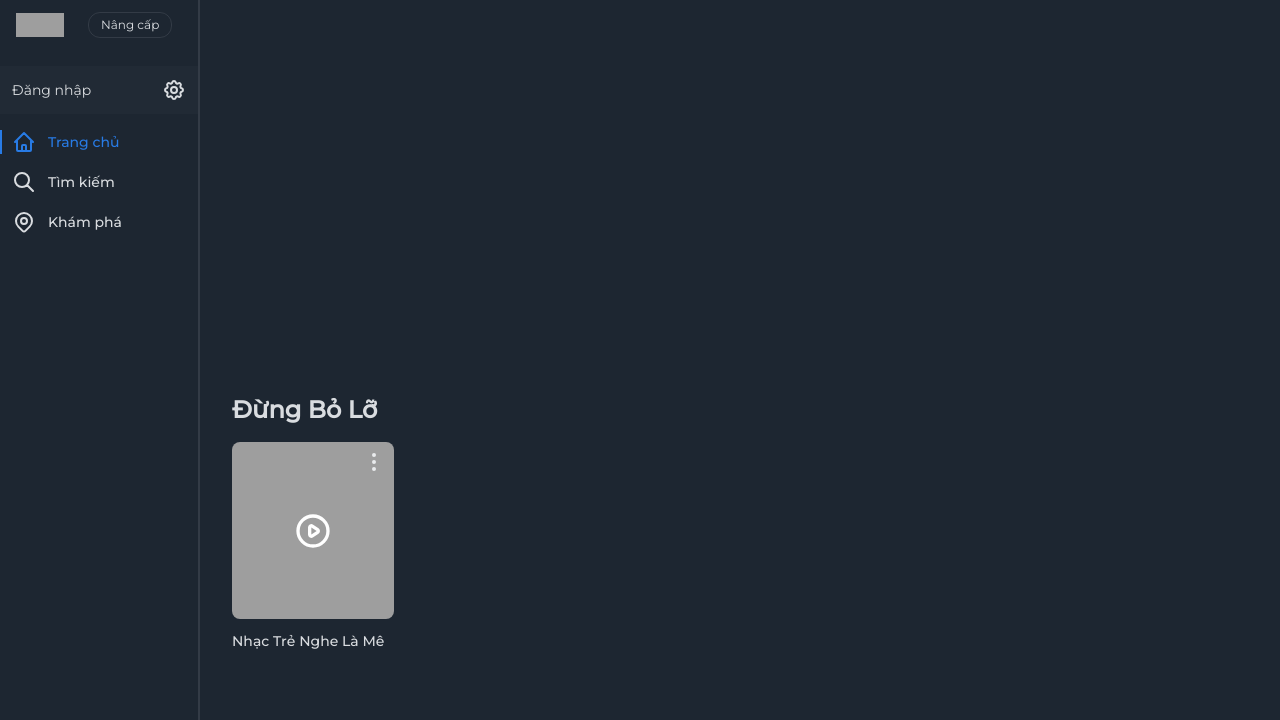
Repository: hoang0508/React-TypeScript-MP3
Page: /
These files come from the project's save history. The page is drawn as it stood at one moment and after the next save; the edit follows.
The browser window is 1280 px wide. The pictures show the whole page.
Pictures or frames that could not be fetched are drawn as grey boxes. The project was rebuilt for these pictures with package versions that can differ from the ones it lists, and the page was loaded fresh each time. Also part of the build but not shown: src/components/icon/IconDownLoad.tsx.

Above is the page before, as saved 2022-07-30 10:40:14.

After the next save:
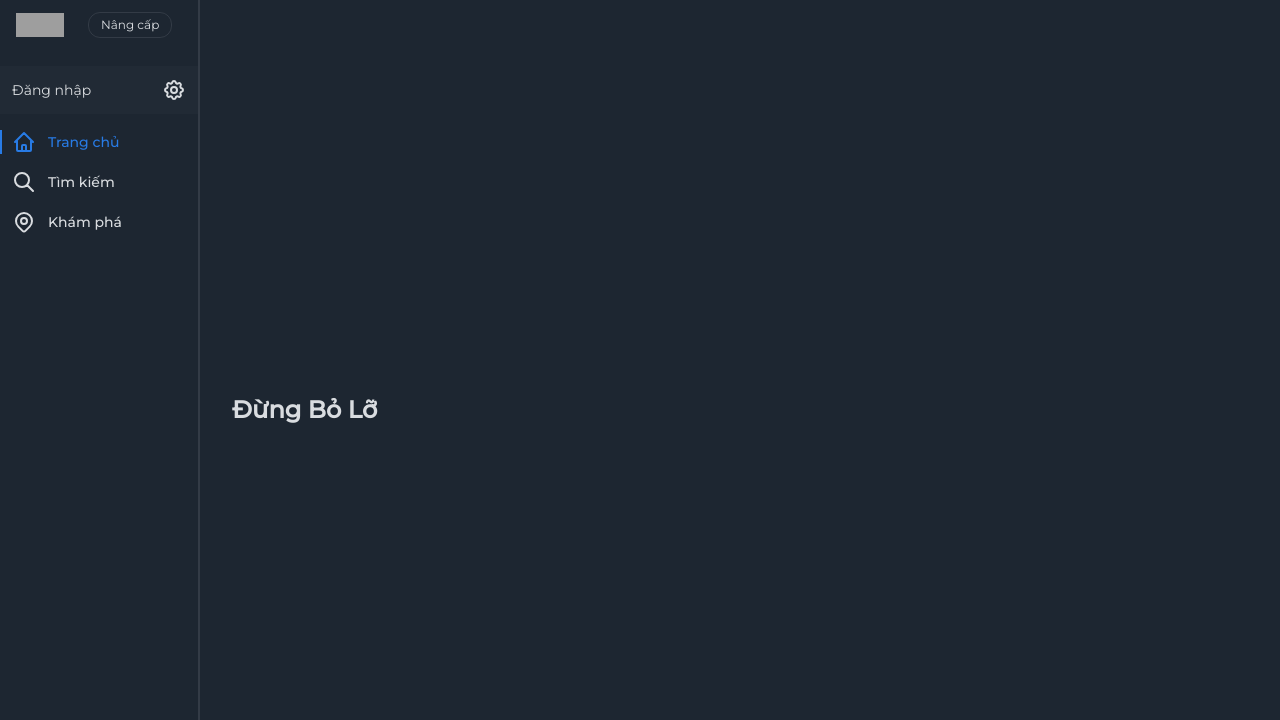
Saved 4 min 25 s later.
--- a/src/modules/music/MusicListFeed.tsx
+++ b/src/modules/music/MusicListFeed.tsx
@@ -1,5 +1,9 @@
 import * as React from "react";
 import { useSelector } from "react-redux";
+// Import Swiper React components
+import { Swiper, SwiperSlide } from "swiper/react";
+// Import Swiper styles
+import "swiper/css";
 import MusciItem from "./MusicItem";
 
 interface MusicListFeedProps {
@@ -24,8 +28,13 @@ export default function MusicListFeed({ heading }: MusicListFeedProps) {
   }
   console.log(dataFeed);
   return (
-    <div className="grid grid-cols-4 gap-x-5">
-      <MusciItem>Nhạc Trẻ Nghe Là Mê</MusciItem>
-    </div>
+    // <Swiper grabCursor spaceBetween={40} slidesPerView={"auto"}>
+    //   {dataFeed && dataFeed.length > 0 && data.map((item) => (
+    //   <SwiperSlide>
+    //     <MusciItem>Nhạc Trẻ Nghe Là Mê</MusciItem>
+    //   </SwiperSlide>
+    //   ))}
+    // </Swiper>
+    <></>
   );
 }
